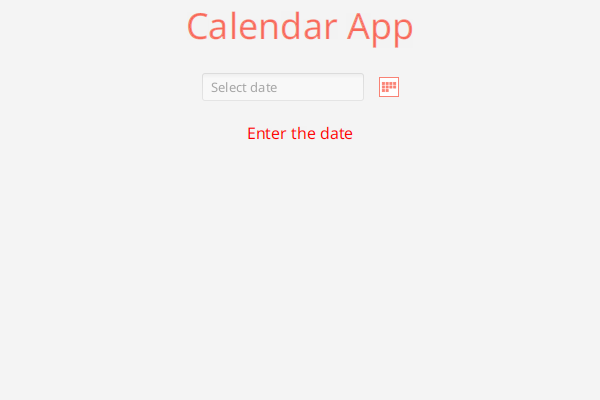
Repository: abhisheknaik96/Calendar-app
Program's window: java Calendar-app/src/simple_calendar/simple_calendar/SimpleCalendarDemo.java
These files come from the project's save history. The program's window is drawn as it stood at one moment and after the next save; the edit follows.
It runs on Java 21 on a 1366 x 768 screen with JavaFX 11; the title bar is not drawn. It also reads Calendar-app/src/simple_calendar/simple_calendar/style/calender_icon.png.

Above is the program's window before, as saved 2015-04-06 17:08:10.

After the next save:
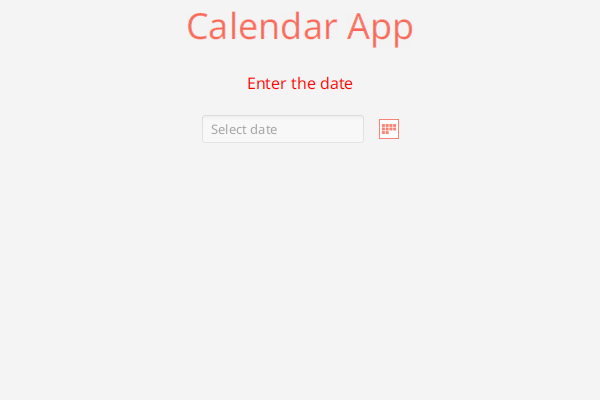
Saved 54 s later.
--- a/Calendar-app/src/simple_calendar/simple_calendar/SimpleCalendarDemo.java
+++ b/Calendar-app/src/simple_calendar/simple_calendar/SimpleCalendarDemo.java
@@ -69,7 +69,7 @@
 		});
         dateBox.getChildren().addAll(dateField, simpleCalender);
 
-        vbox.getChildren().addAll(label, dateBox, enterDate);
+        vbox.getChildren().addAll(label, enterDate, dateBox);
 
         root.getChildren().add(vbox);
 
